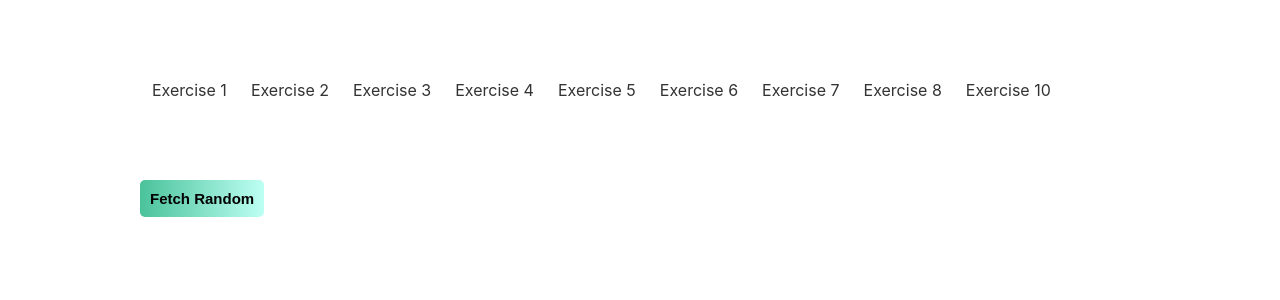
Repository: LukeBinh/reactjsexercises
Page: /ex10
The author's editor kept a copy of each file at every save. The page is drawn from the files as they stood at one save, then again after a run of saves.
The browser window is 1280 px wide. The pictures show the whole page.
The page's requests for data from a server got no answer. The project was rebuilt for these pictures with package versions that can differ from the ones it lists, and the page was loaded fresh each time. No one was signed in, and anything a server would have sent is missing. Also part of the build but not shown: src/components/Ex1/Ex1.tsx, src/components/Ex2/Ex2.tsx, src/components/Ex3/ex3.css, src/components/Ex3/Ex3.tsx, src/components/Ex4/ex4.css, src/components/Ex4/Ex4.jsx, src/components/Ex5/Ex5.tsx, src/components/Ex6/Ex6.tsx and 4 more.

Above is the page before, as saved 2022-04-27 15:52:54.

After the next 6 saves:
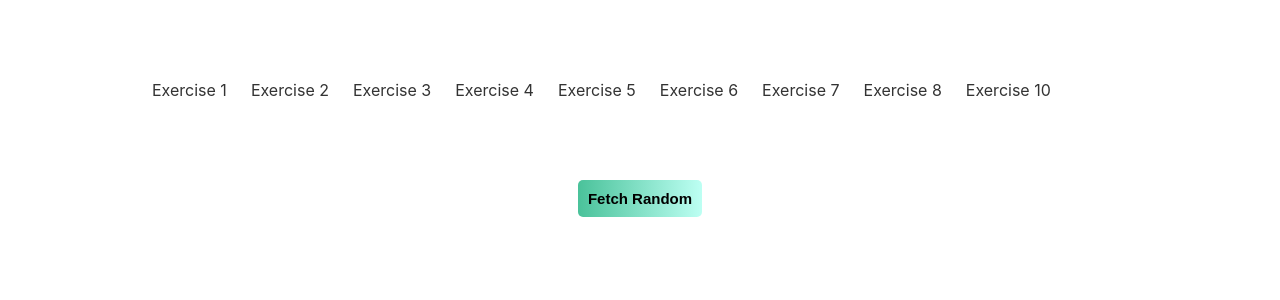
The 6 saves are shown as one change because they came seconds apart.
The last was saved 26 s later.
--- a/src/components/Ex10/Ex10.tsx
+++ b/src/components/Ex10/Ex10.tsx
@@ -33,7 +33,11 @@ function Ex10() {
   };
   return (
     <div className="container">
-      <button onClick={handleClick} className="button">Fetch Random</button>
+      <div className="flex">
+        <button onClick={handleClick} className="button">
+          Fetch Random
+        </button>
+      </div>
       <div className="grid">
         {listUser.map((user) => (
           <div key={user.id} className="flexcol">
